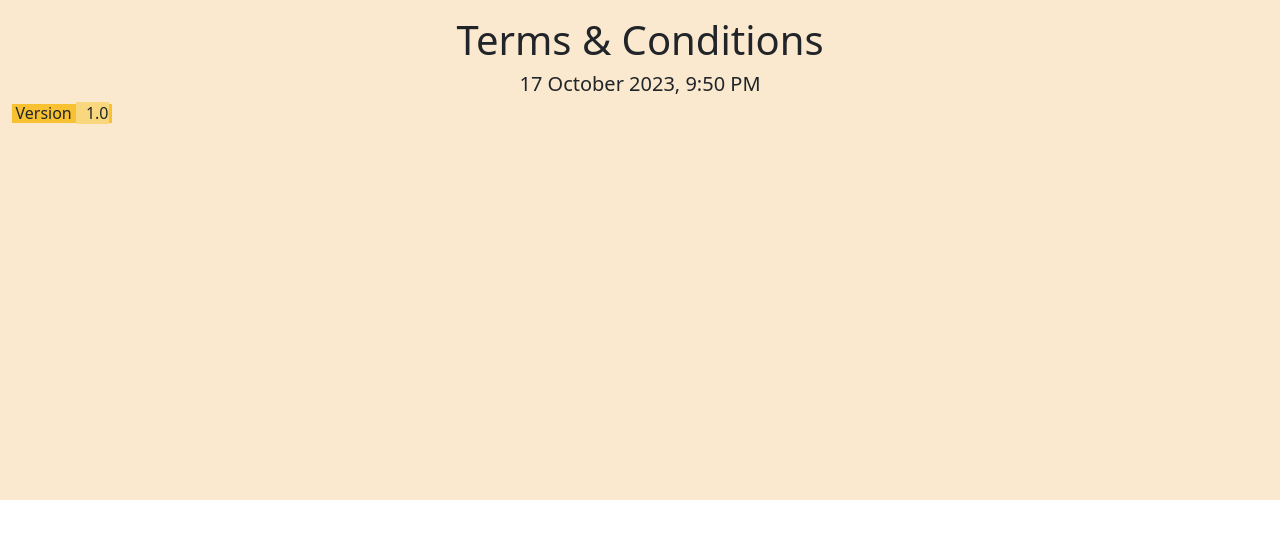
Repository: injectGroup/github.io
Page: terms.html
The author's editor kept a copy of each file at every save. The page is drawn from the files as they stood at one save, then again after the next save.
The browser window is 1280 px wide. The pictures show the whole page.

Above is the page before, as saved 2023-11-29 14:27:40.

### terms.html
<!doctype html>
<html lang="en">

<head>
    <meta charset="utf-8">
    <meta name="viewport" content="width=device-width, initial-scale=1">
    <title>Bootstrap demo</title>
    <!-- GOULD CUSTOM CSS-->
    <link rel="stylesheet" href="/gouldwalletlegal/css/gouldcustom.css">
    <!--- BOOTSTRAP CDN -->
    <link href="https://cdn.jsdelivr.net/npm/bootstrap@5.3.2/dist/css/bootstrap.min.css" rel="stylesheet"
        integrity="sha384-T3c6CoIi6uLrA9TneNEoa7RxnatzjcDSCmG1MXxSR1GAsXEV/Dwwykc2MPK8M2HN" crossorigin="anonymous">
</head>

<body>
    <!-- Content here -->
    <div class="container-fluid text-center terms-content">
        <div class="row align-items-center">
            <div class="col align-self-center">
                <h1 class="text-center">
                    Terms & Conditions
                </h1>
            </div>
        </div>
        <div class="row align-items-center">
            <h5 class="version-date">
                17 October 2023, 9:50 PM
            </h5>
            <div class="col-sm align-self-center">
                <h6 class="version">
                    Version
                    <span class="version-number">1.0</span>
                </h6>
            </div>

        </div>
    </div>
    <!-- BOOTSTRAP JS-->
    <script src="https://cdn.jsdelivr.net/npm/bootstrap@5.3.2/dist/js/bootstrap.bundle.min.js"
        integrity="sha384-C6RzsynM9kWDrMNeT87bh95OGNyZPhcTNXj1NW7RuBCsyN/o0jlpcV8Qyq46cDfL"
        crossorigin="anonymous"></script>
</body>

</html>

### gouldwalletlegal/css/gouldcustom.css
/*
 *AUTHOR: Abdulkadir Mohammed @ Inject
 *DATE: Wed 29 November 2023
  *
 *This is a custom css for gould wallet.
 */
/*****************************
 *********** HEAD ***********
 *****************************/
.terms-content {
    background-color: #FAE9CE;
    padding: 16px 0px 16px 0px;
    height: 500px;
    width: 100%;
    padding-right: 15px;
    padding-left: 15px;
    margin-right: auto;
    margin-left: auto;
    display: block;
    box-sizing: border-box;
}

.version {
    background-color: #F7C132;
    width: 100px;
}

.version-number {
    background-color: #F9D77E;
    padding-left: 10px;
}


/*****************************
  *********** BODY ***********
 *****************************/

/*****************************
 *********** FOOTER ***********
*****************************/

After the next save:
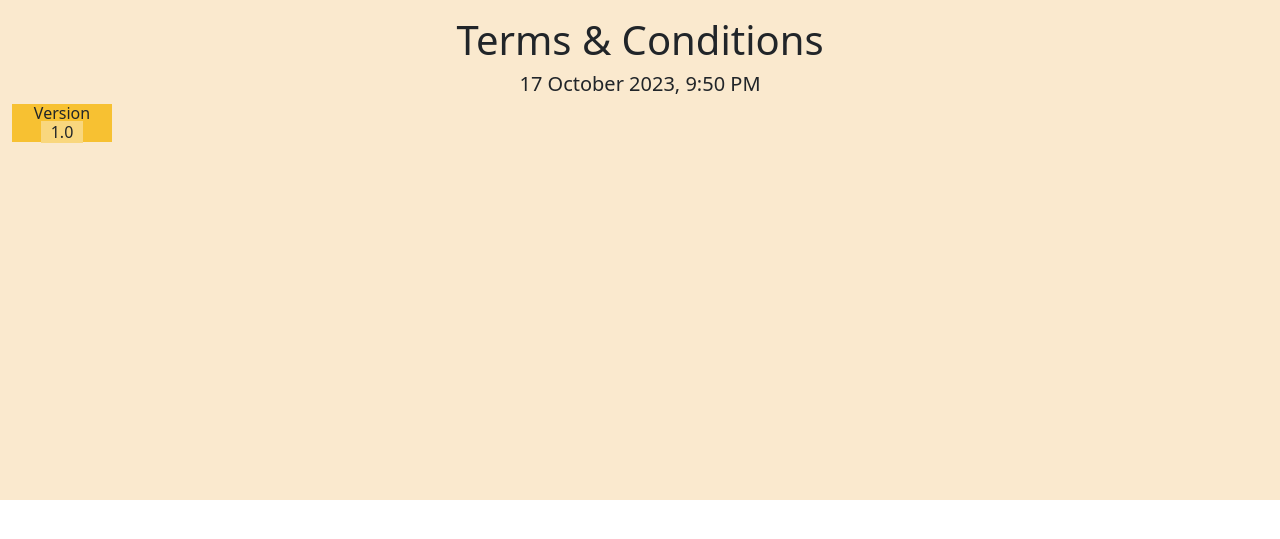
Saved 16 s later.
--- a/gouldwalletlegal/css/gouldcustom.css
+++ b/gouldwalletlegal/css/gouldcustom.css
@@ -28,6 +28,7 @@
 .version-number {
     background-color: #F9D77E;
     padding-left: 10px;
+    padding-right: 10px;
 }
 
 
